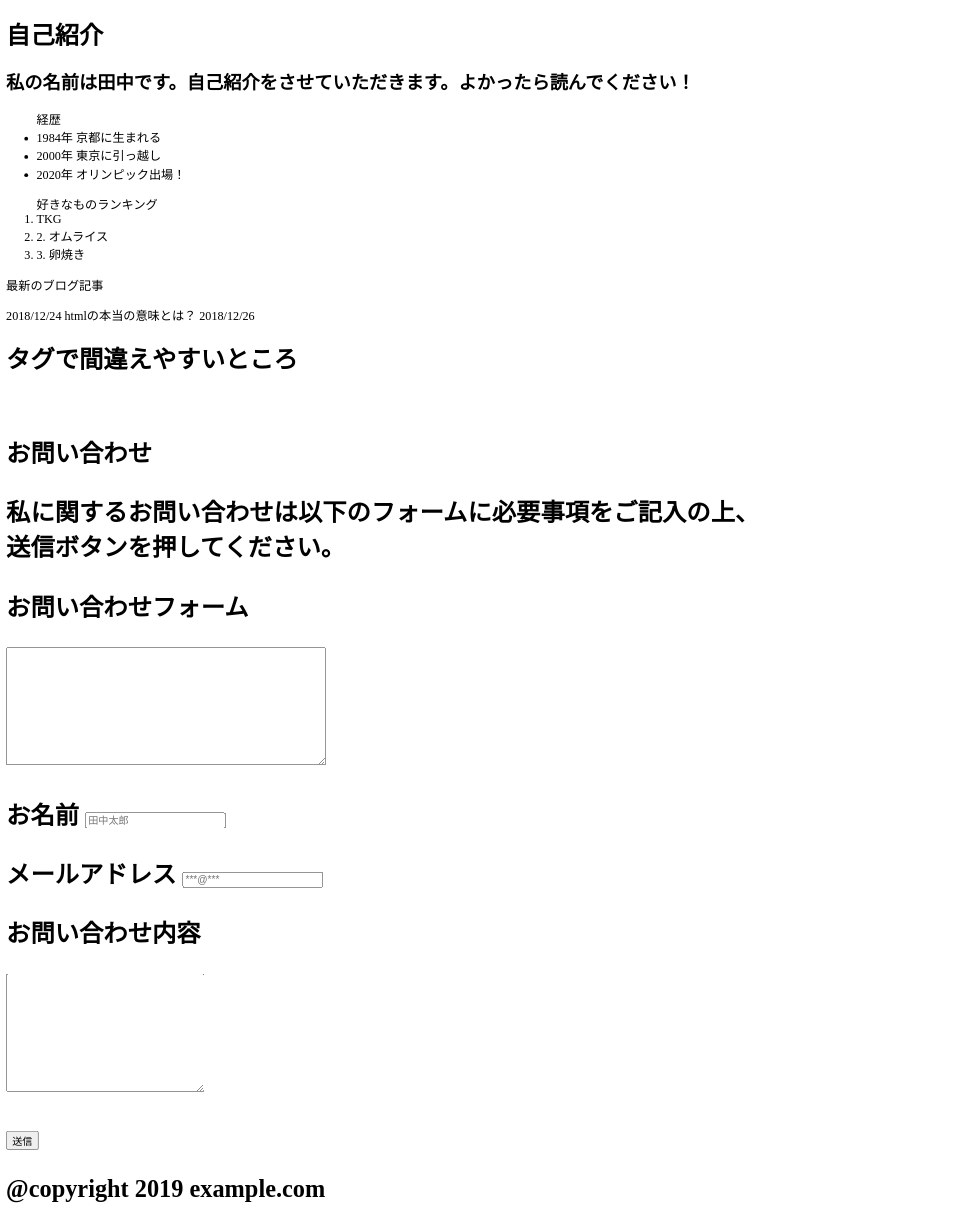
Repository: wairoku/suretigai1
Page: jack.html
An editor plug-in stored every save of this project. The page is shown before and after the next save, followed by the edit.
The browser window is 1280 px wide. The pictures show the whole page, at 76% of full size.

Above is the page before, as saved 2019-01-02 19:59:13.

### jack.html
<!DOCTYPE html>
<body>

<h1>自己紹介</h1>
<h2>私の名前は田中です。自己紹介をさせていただきます。よかったら読んでください！</h2>

<ul>経歴
    <li>1984年 京都に生まれる</li>
    <li>2000年 東京に引っ越し</li>
    <li>2020年 オリンピック出場！</li>
</ul>

<ol>好きなものランキング
    <li>TKG</li>
    <li>2. オムライス</li>
    <li>3. 卵焼き</li>
</ol>




<p>最新のブログ記事</p>
2018/12/24 htmlの本当の意味とは？
2018/12/26 <h1>タグで間違えやすいところ

　<form action="">
　  <p>お問い合わせ</p>
私に関するお問い合わせは以下のフォームに必要事項をご記入の上、 <br>
送信ボタンを押してください。
<p>お問い合わせフォーム</p>
<textarea name="" id="" cols="50" rows="10"></textarea>

<p>お名前
<input type="text" placeholder="田中太郎">
</p>

<p>メールアドレス
<input type="text" placeholder="***@***">
</p>

<p>お問い合わせ内容</p>
<textarea name="" id="" cols="30" rows="10"></textarea></p>
<input type="button" value="送信">
</form>

<p>@copyright 2019 example.com</p>


</body>

After the next save:
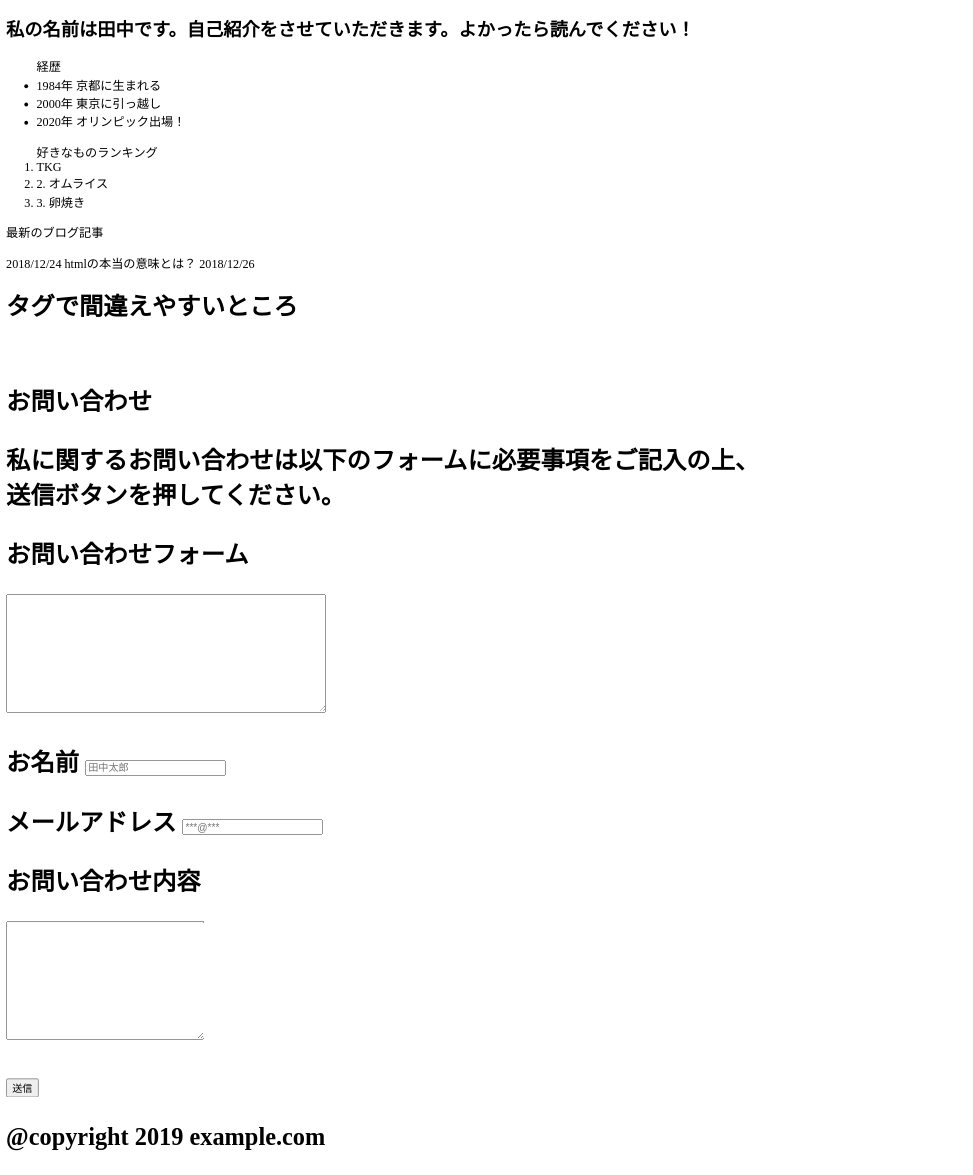
Saved 88 s later.
--- a/jack.html
+++ b/jack.html
@@ -1,7 +1,7 @@
 <!DOCTYPE html>
 <body>
 
-<h1>自己紹介</h1>
+<title>自己紹介</title>
 <h2>私の名前は田中です。自己紹介をさせていただきます。よかったら読んでください！</h2>
 
 <ul>経歴
